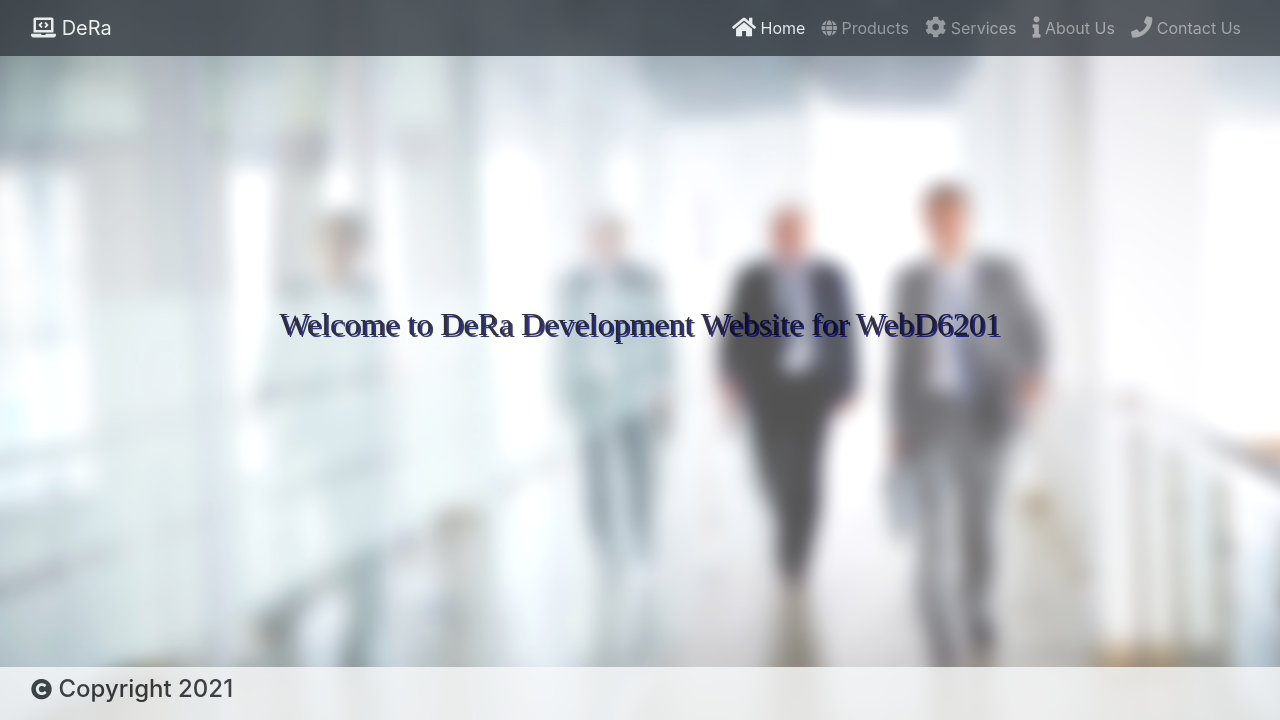
Repository: deividwsantoss/web6201-Lab1
Page: index.html
These files come from the project's save history. The page is drawn as it stood at one moment and after the next save; the edit follows.
The browser window is 1280 px wide. The pictures show the whole page.

Above is the page before, as saved 2021-02-03 08:22:32.
Console error (its wording comes from the project's code and is left out).

After the next save:
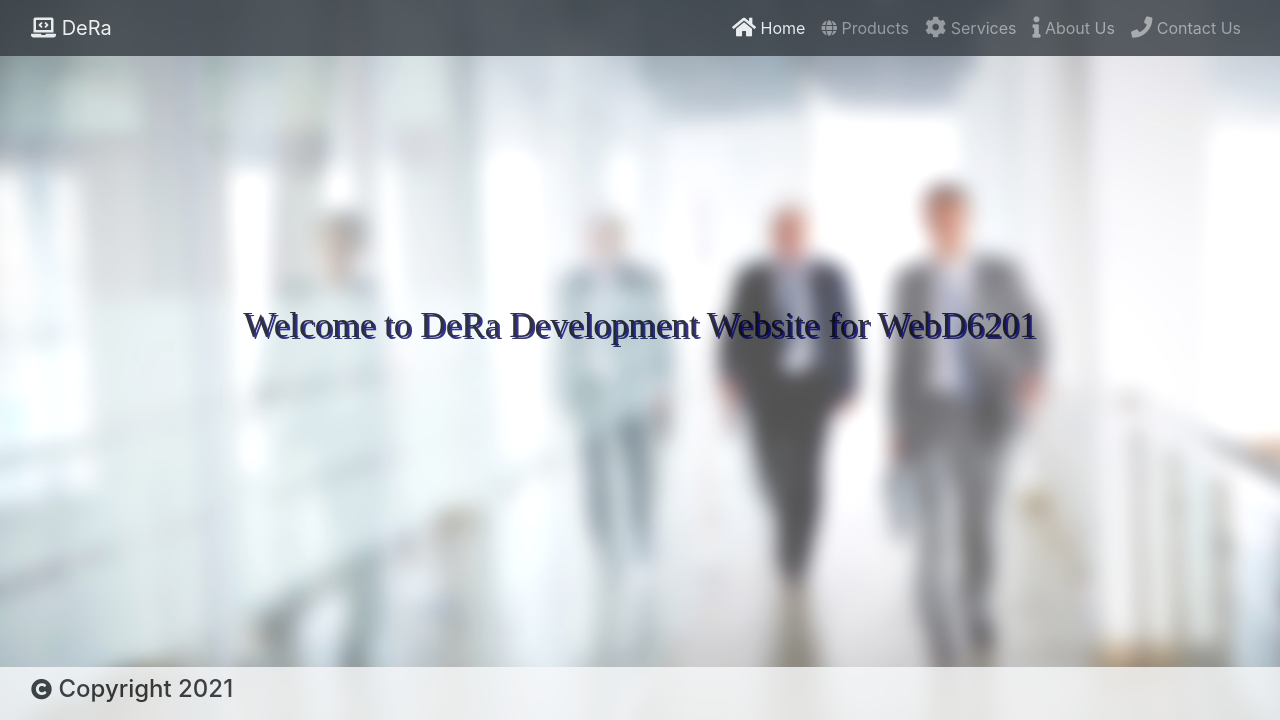
Saved 25 s later.
--- a/Content/app.css
+++ b/Content/app.css
@@ -43,7 +43,7 @@ body,html{
 
 #paragraphOne {
     color: black;
-    font-size: 200%;
+    font-size: 220%;
     margin-top: 22%;
     text-shadow: 2px 2px darkblue;
     font-family: cursive;
